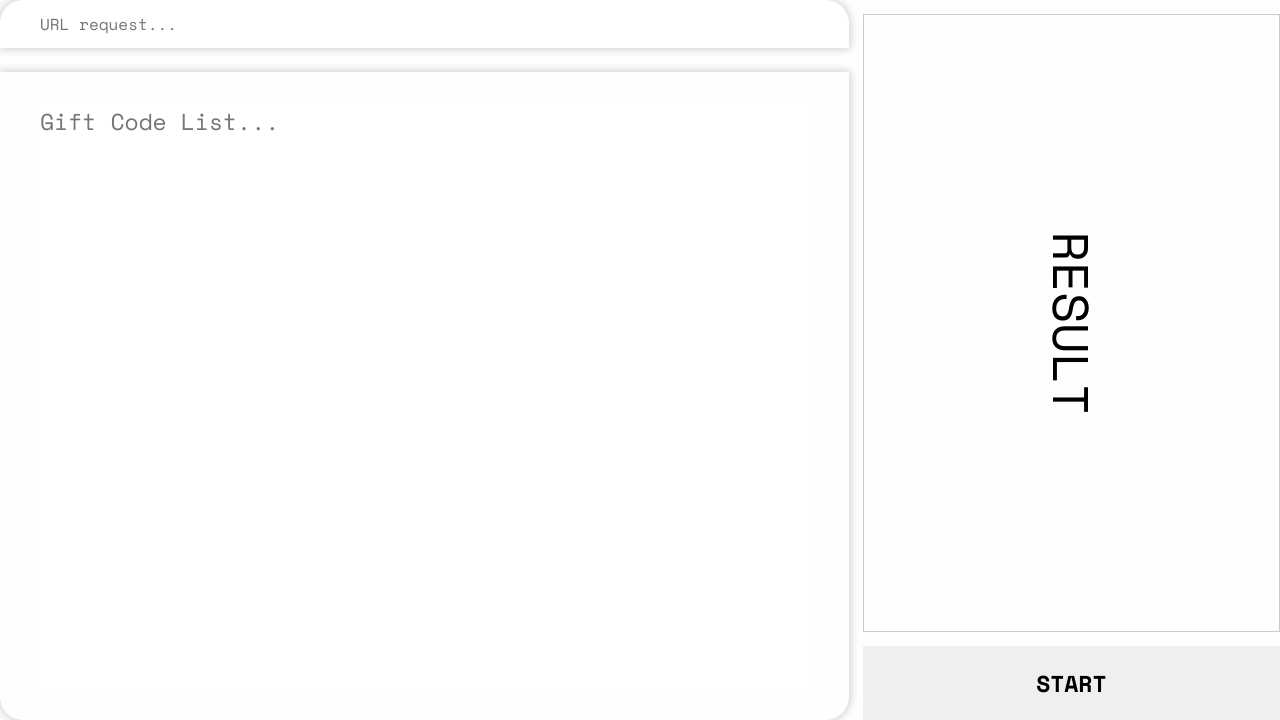
Repository: 777hanh777hanh/test
Page: index.html
An editor plug-in stored every save of this project. The page is shown before and after the next save, followed by the edit.
The browser window is 1280 px wide. The pictures show the whole page.

Above is the page before, as saved 2023-06-30 17:49:21.

After the next save:
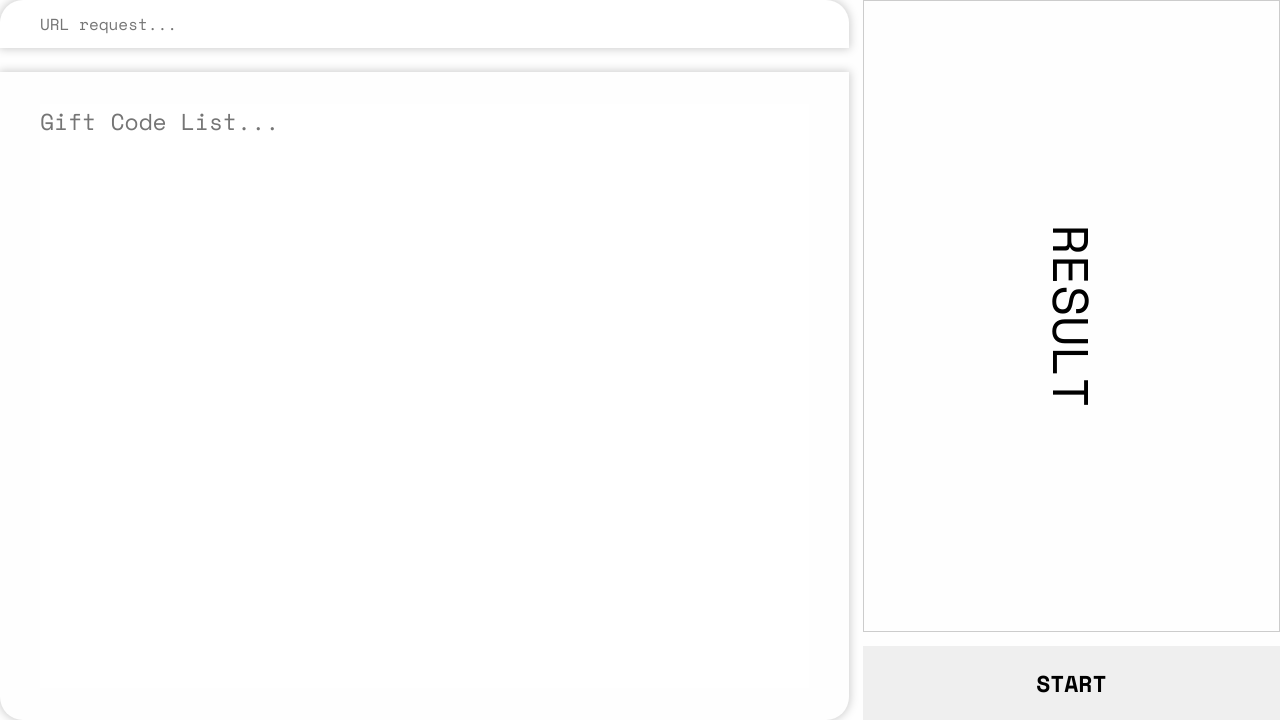
Saved 6 s later.
--- a/assets/css/style.css
+++ b/assets/css/style.css
@@ -88,7 +88,7 @@ html *::-webkit-scrollbar-track {
 }
 
 .result {
-    margin-top: 14px;
+    margin-top: 0px;
     position: relative;
     display: flex;
     justify-content: center;
